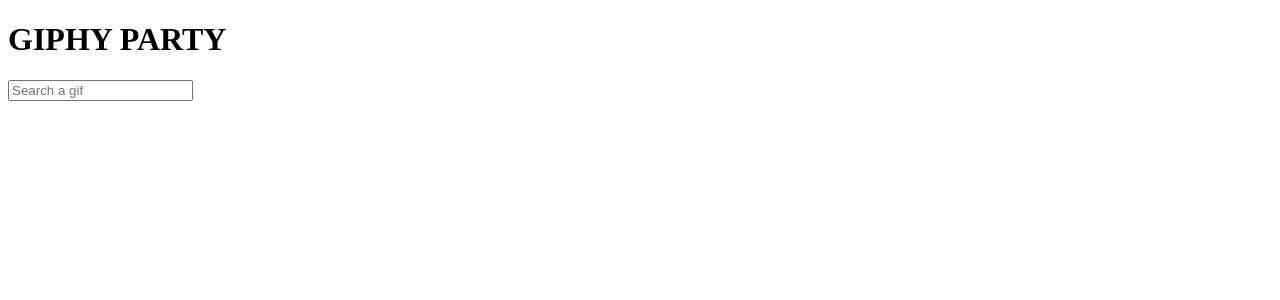
Repository: rmdayberry/AJAX-Giphy-Party
Page: index.html
An editor plug-in stored every save of this project. The page is shown before and after the next save, followed by the edit.
The browser window is 1280 px wide. The pictures show the whole page.
Some web libraries are served in a nearby version.

Above is the page before, as saved 2024-08-06 12:10:06.

### index.html
<!DOCTYPE html>
<html lang="en">
  <head>
    <meta charset="UTF-8" />
    <title>Giphy Party!</title>
  </head>

  <body>
    <h1>GIPHY PARTY</h1>
    <form id="gifForm">
      <input type = "text" id ="searchTerm" placeholder = "Search a gif"
    </form>
    <script src="https://code.jquery.com/jquery-3.2.1.js"></script>
    <script src="https://unpkg.com/axios/dist/axios.js"></script>
    <script src="app.js"></script>
  </body>
</html>

Loaded but not shown: app.js (common file)

After the next save:
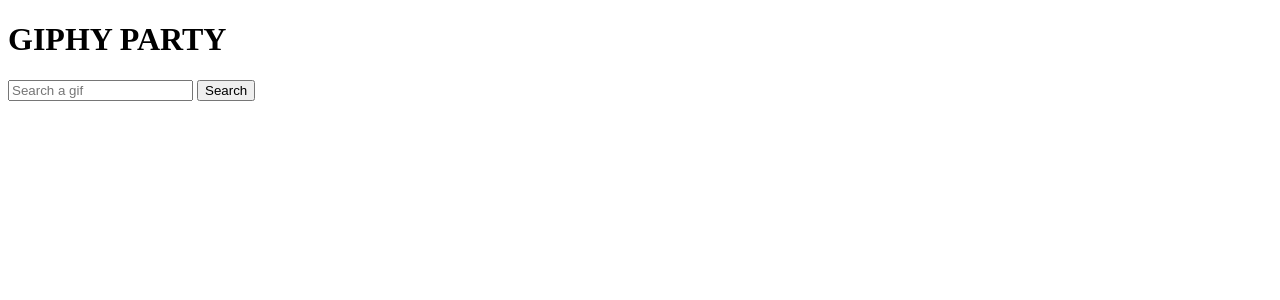
Saved 38 s later.
--- a/index.html
+++ b/index.html
@@ -8,7 +8,8 @@
   <body>
     <h1>GIPHY PARTY</h1>
     <form id="gifForm">
-      <input type = "text" id ="searchTerm" placeholder = "Search a gif"
+      <input type="text" id="searchTerm" placeholder="Search a gif" />
+      <button type="submit">Search</button>
     </form>
     <script src="https://code.jquery.com/jquery-3.2.1.js"></script>
     <script src="https://unpkg.com/axios/dist/axios.js"></script>
